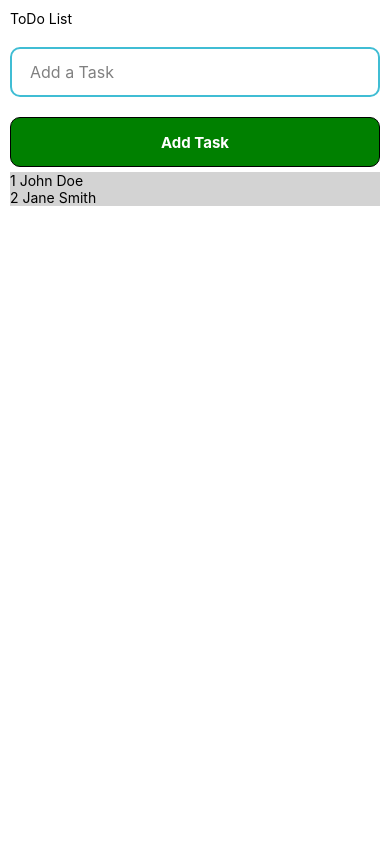
Repository: raisingh22/Projects
Screen: /
The author's editor kept a copy of each file at every save. The screen is drawn from the files as they stood at one save, then again after a run of saves.
The app was drawn by React Native's web renderer in a window 390 px wide. The project was rebuilt for these pictures with package versions that can differ from the ones it lists, and the page was loaded fresh each time.

Above is the screen before, as saved 2024-01-21 19:13:58.

After the next 3 saves:
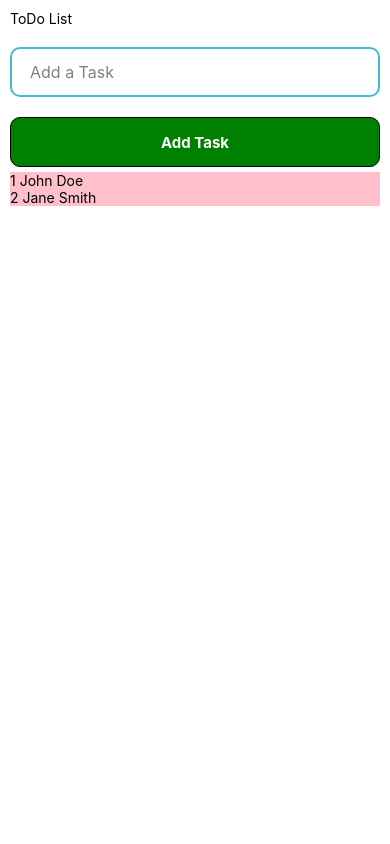
The 3 saves are shown as one change because they came seconds apart.
The last was saved 11 s later.
--- a/src/ToDoList/screens/ToDo.js
+++ b/src/ToDoList/screens/ToDo.js
@@ -37,7 +37,7 @@ const ToDo = () => {
         data={DummyData}
         renderItem={(item, index) => (
           <View style={{
-            flexDirection: 'row', justifyContent: 'space-between', alignItems: 'center'
+            flexDirection: 'row', justifyContent: 'space-between', alignItems: 'center',backgroundColor:'pink'
           }}>
             <Text>
               {item.id} {item.name}
